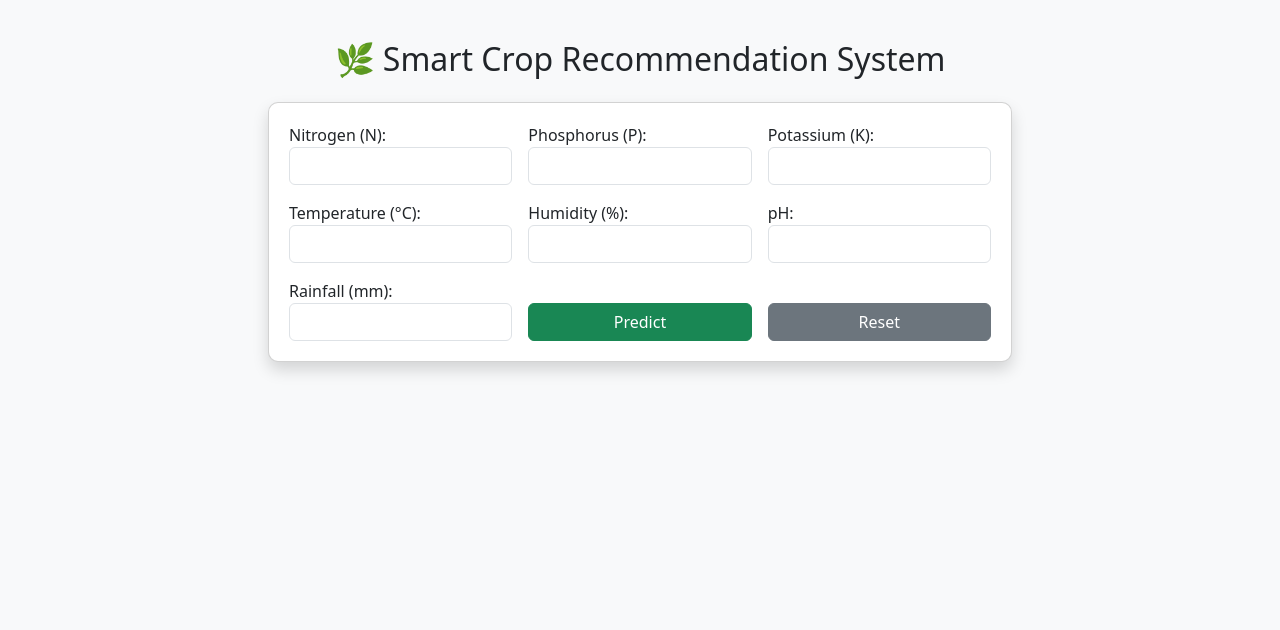
Repository: imdhanush13/Smart-Crop-recom
Page: http://localhost/
The author's editor kept a copy of each file at every save. The page is drawn from the files as they stood at one save, then again after the next save.
The browser window is 1280 px wide. The pictures show the whole page.
The page is served by the project's application, run on Flask 3 (app.py).

Above is the page before, as saved 2025-06-15 21:57:58.

After the next save:
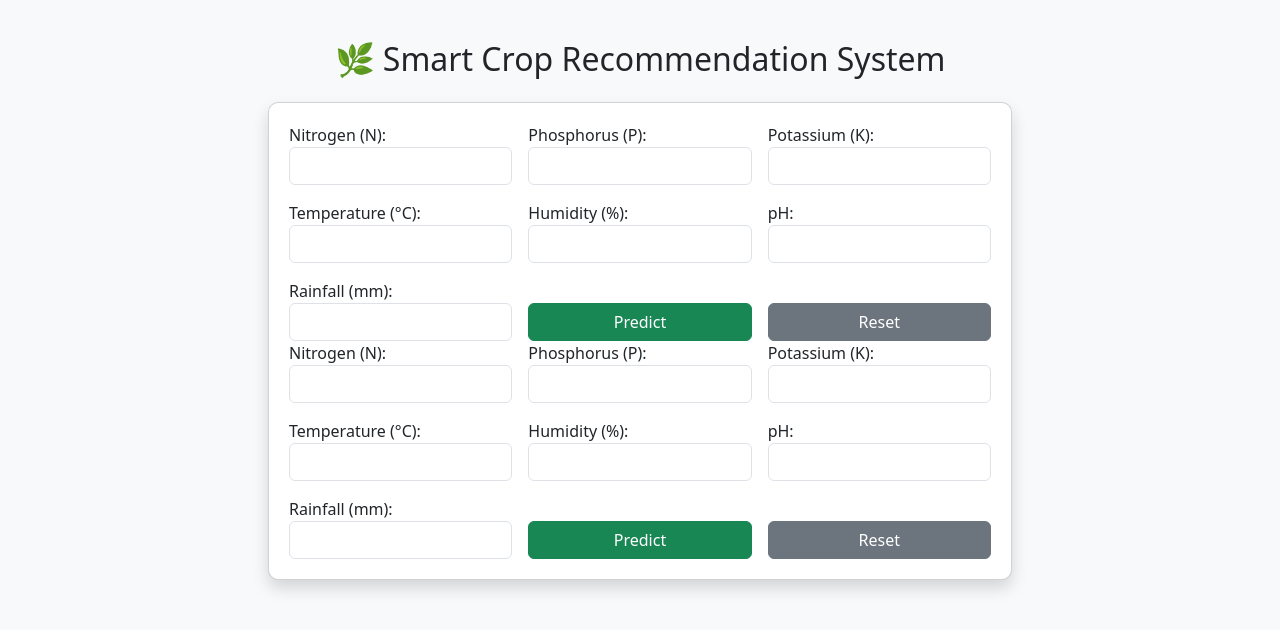
Saved 4 min 59 s later.
--- a/templates/index.html
+++ b/templates/index.html
@@ -59,6 +59,45 @@
                     </div>
                 </div>
             </form>
+            <form method="POST" action="/">
+    <div class="row g-3">
+        <div class="col-md-4">
+            <label for="N">Nitrogen (N):</label>
+            <input type="number" name="N" id="N" class="form-control" required>
+        </div>
+        <div class="col-md-4">
+            <label for="P">Phosphorus (P):</label>
+            <input type="number" name="P" id="P" class="form-control" required>
+        </div>
+        <div class="col-md-4">
+            <label for="K">Potassium (K):</label>
+            <input type="number" name="K" id="K" class="form-control" required>
+        </div>
+        <div class="col-md-4">
+            <label for="temperature">Temperature (°C):</label>
+            <input type="number" step="any" name="temperature" id="temperature" class="form-control" required>
+        </div>
+        <div class="col-md-4">
+            <label for="humidity">Humidity (%):</label>
+            <input type="number" step="any" name="humidity" id="humidity" class="form-control" required>
+        </div>
+        <div class="col-md-4">
+            <label for="ph">pH:</label>
+            <input type="number" step="any" name="ph" id="ph" class="form-control" required>
+        </div>
+        <div class="col-md-4">
+            <label for="rainfall">Rainfall (mm):</label>
+            <input type="number" step="any" name="rainfall" id="rainfall" class="form-control" required>
+        </div>
+        <div class="col-md-4 d-flex align-items-end">
+            <input type="submit" value="Predict" class="btn btn-success w-100">
+        </div>
+        <div class="col-md-4 d-flex align-items-end">
+            <a href="/" class="btn btn-secondary w-100">Reset</a>
+        </div>
+    </div>
+</form>
+
 
             {% if prediction_text %}
             <div class="alert alert-info mt-4 text-center">

After the 2 saves that followed:
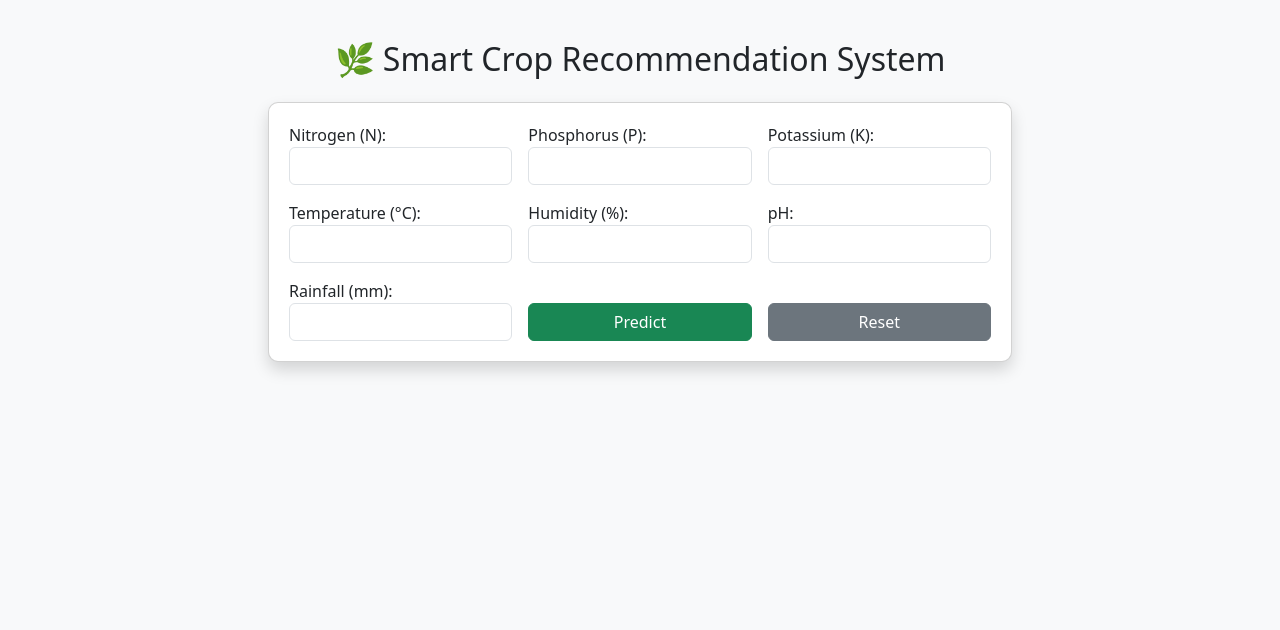
The 2 saves are shown as one change because they came seconds apart.
The last was saved 24 s later.
--- a/templates/index.html
+++ b/templates/index.html
@@ -21,44 +21,6 @@
     <div class="container">
         <h2 class="text-center mb-4">🌿 Smart Crop Recommendation System</h2>
         <div class="card shadow col-lg-8 mx-auto">
-            <form method="POST" action="/">
-                <div class="row g-3">
-                    <div class="col-md-4">
-                        <label>Nitrogen (N):</label>
-                        <input type="number" name="N" class="form-control" required>
-                    </div>
-                    <div class="col-md-4">
-                        <label>Phosphorus (P):</label>
-                        <input type="number" name="P" class="form-control" required>
-                    </div>
-                    <div class="col-md-4">
-                        <label>Potassium (K):</label>
-                        <input type="number" name="K" class="form-control" required>
-                    </div>
-                    <div class="col-md-4">
-                        <label>Temperature (°C):</label>
-                        <input type="number" step="any" name="temperature" class="form-control" required>
-                    </div>
-                    <div class="col-md-4">
-                        <label>Humidity (%):</label>
-                        <input type="number" step="any" name="humidity" class="form-control" required>
-                    </div>
-                    <div class="col-md-4">
-                        <label>pH:</label>
-                        <input type="number" step="any" name="ph" class="form-control" required>
-                    </div>
-                    <div class="col-md-4">
-                        <label>Rainfall (mm):</label>
-                        <input type="number" step="any" name="rainfall" class="form-control" required>
-                    </div>
-                    <div class="col-md-4 d-flex align-items-end">
-                        <input type="submit" value="Predict" class="btn btn-success w-100">
-                    </div>
-                    <div class="col-md-4 d-flex align-items-end">
-                        <a href="/" class="btn btn-secondary w-100">Reset</a>
-                    </div>
-                </div>
-            </form>
             <form method="POST" action="/">
     <div class="row g-3">
         <div class="col-md-4">
